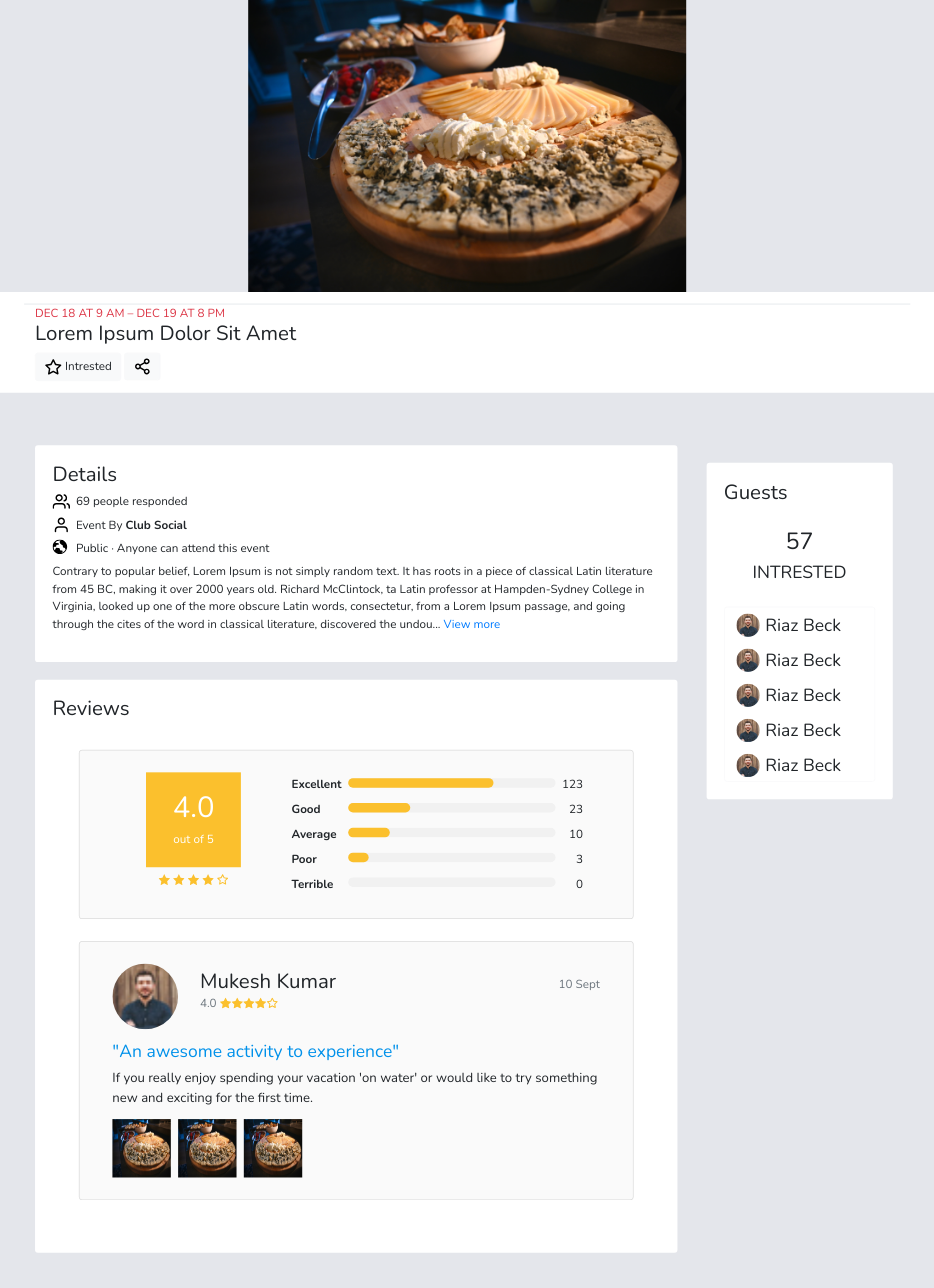
Repository: iamrachid/ensaevents
Page: event.html
The author's editor kept a copy of each file at every save. The page is drawn from the files as they stood at one save, then again after the next save.
The browser window is 1280 px wide. The pictures show the whole page, at 73% of full size.

Above is the page before, as saved 2021-11-25 18:06:38.

After the next save:
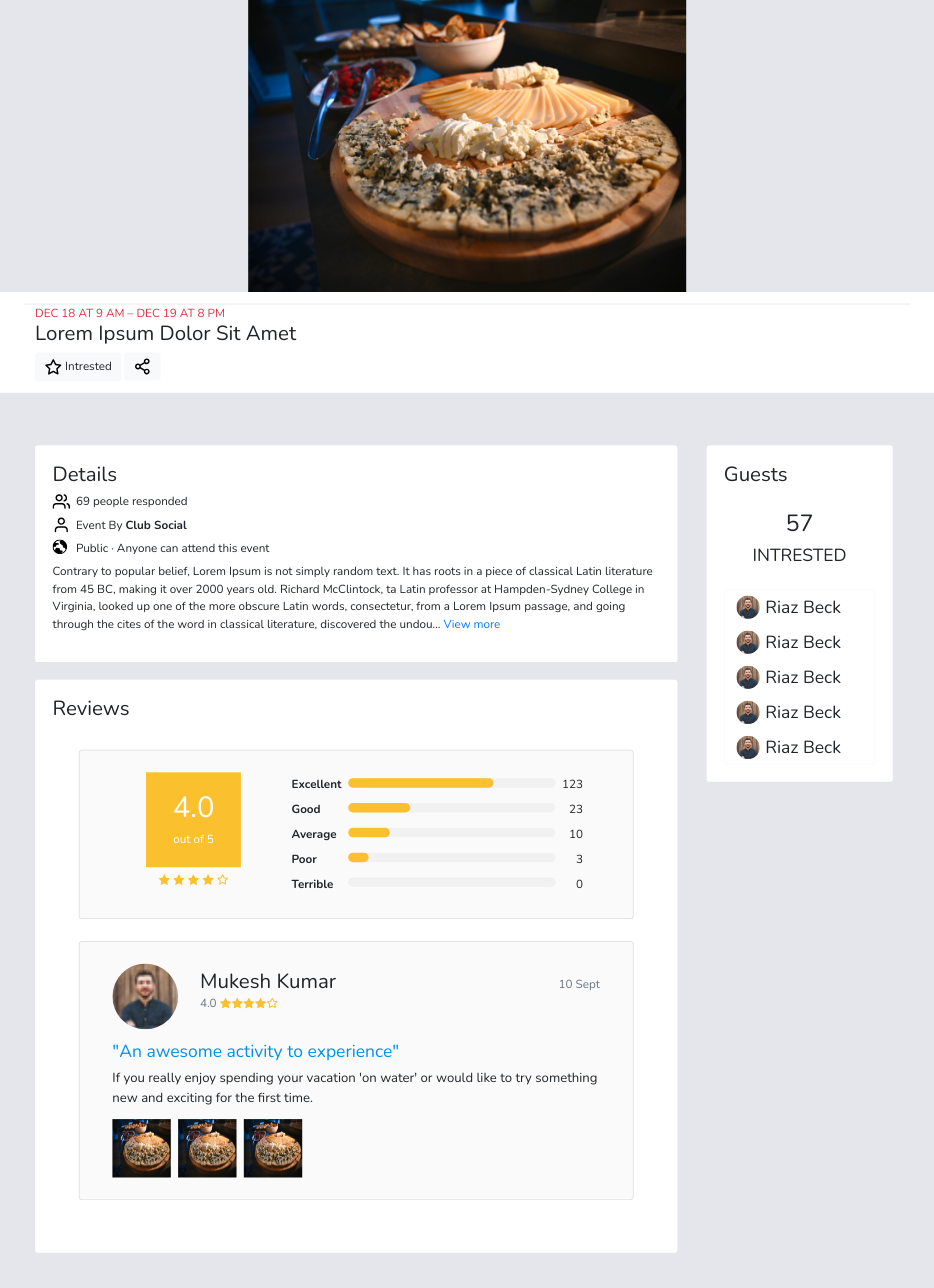
Saved 28 s later.
--- a/event.html
+++ b/event.html
@@ -235,7 +235,7 @@
                 </div>
             </div>
             <div class="p-4 col-md-4 col-lg-3  col-sm-12 ">
-                <div class="bg-white p-4 mt-4 rounded">
+                <div class="bg-white p-4 mt-4 mt-md-0 rounded">
                     <h3>Guests</h3>
                     <div class="d-flex  justify-content-center py-4">
                         <div class="d-flex flex-column align-items-center">
